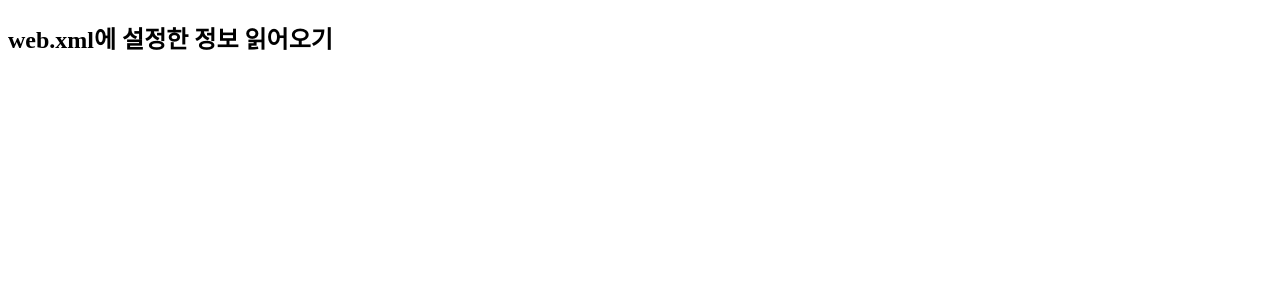
Repository: achul1026/jspStudy
Page: http://localhost/MustHaveJSP/02ImplicitObject/ApplicationMain.jsp
These files come from the project's save history. The page is drawn as it stood at one moment and after the next save; the edit follows.
The browser window is 1280 px wide. The pictures show the whole page.
The page is served by Tomcat 9. Other server files are loaded and not shown.

Above is the page before, as saved 2022-09-21 13:17:51.

### MustHaveJSP/src/main/webapp/02ImplicitObject/ApplicationMain.jsp
<%@ page language="java" contentType="text/html; charset=UTF-8"
    pageEncoding="UTF-8"%>
<!DOCTYPE html>
<html>
<head>
<title>내장 객체 - Response</title>
</head>
<body>
	<h2>web.xml에 설정한 정보 읽어오기</h2>
</body>
</html>

After the next save:
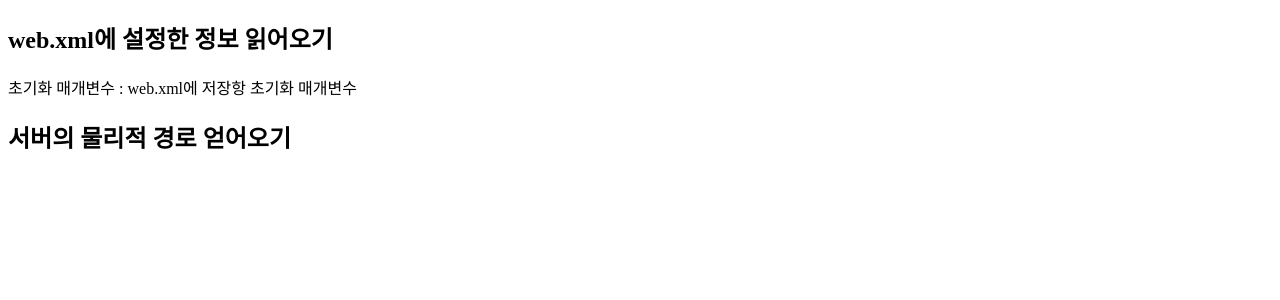
Saved 48 s later.
--- a/MustHaveJSP/src/main/webapp/02ImplicitObject/ApplicationMain.jsp
+++ b/MustHaveJSP/src/main/webapp/02ImplicitObject/ApplicationMain.jsp
@@ -7,5 +7,8 @@
 </head>
 <body>
 	<h2>web.xml에 설정한 정보 읽어오기</h2>
+	초기화 매개변수 : <%=application.getInitParameter("INIT_PARAM") %>
+
+	<h2>서버의 물리적 경로 얻어오기</h2>
 </body>
 </html>
